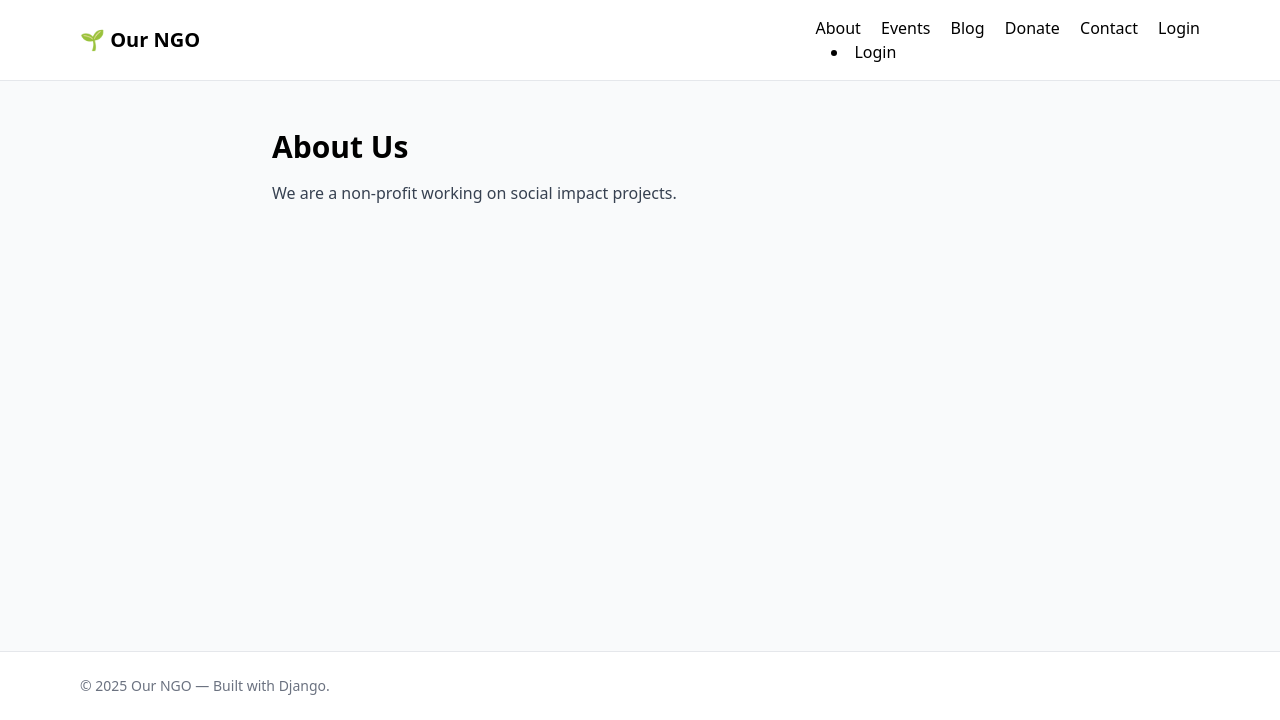
Repository: falak346/OUR-NGO
Page: http://localhost/about/
The author's editor kept a copy of each file at every save. The page is drawn from the files as they stood at one save, then again after the next save.
The browser window is 1280 px wide. The pictures show the whole page.
Some web libraries are served in a nearby version. The page is served by the project's application, run on Django 5.2 (ngo_site/manage.py).

Above is the page before, as saved 2025-11-13 11:16:20.

After the next save:
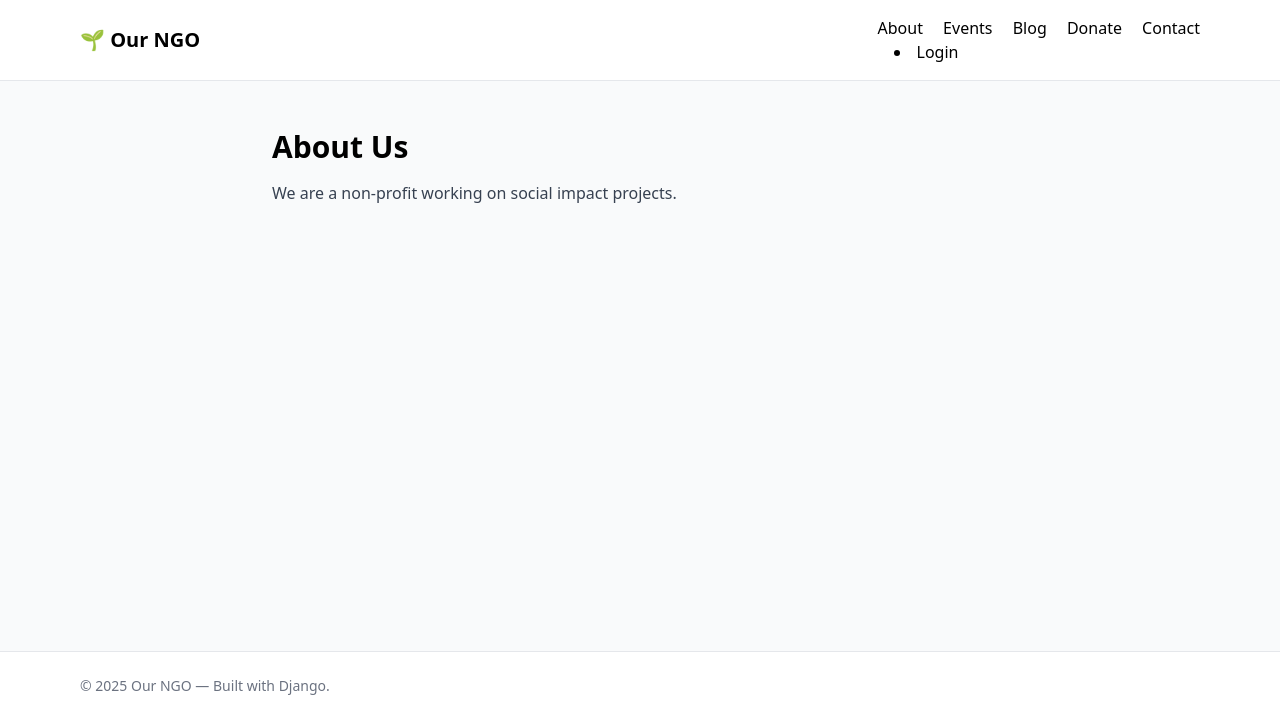
Saved 63 s later.
--- a/ngo_site/ngo_site/templates/base.html
+++ b/ngo_site/ngo_site/templates/base.html
@@ -17,7 +17,7 @@
         <a class="hover:underline" href="/blog/">Blog</a>
         <a class="hover:underline" href="/donate/">Donate</a>
         <a class="hover:underline" href="/contact/">Contact</a>
-        <a class="hover:underline" href="/login/">Login</a>
+
         <!-- {% if request.user.is_authenticated %}
           <a class="hover:underline" href="/admin/">Admin</a>
         {% endif %} -->
@@ -25,7 +25,7 @@
         <!-- 13/11 -->
         {% if request.path != '/login/' and request.path != '/accounts/login/' %}
         {% if user.is_authenticated %}
-          <li><a href="{% url 'logout' %}">Logout</a></li>
+          <li><a href="{% url 'logout' %}?next=/">Logout</a></li>
         {% else %}
           <li><a href="{% url 'login' %}">Login</a></li>
         {% endif %}
